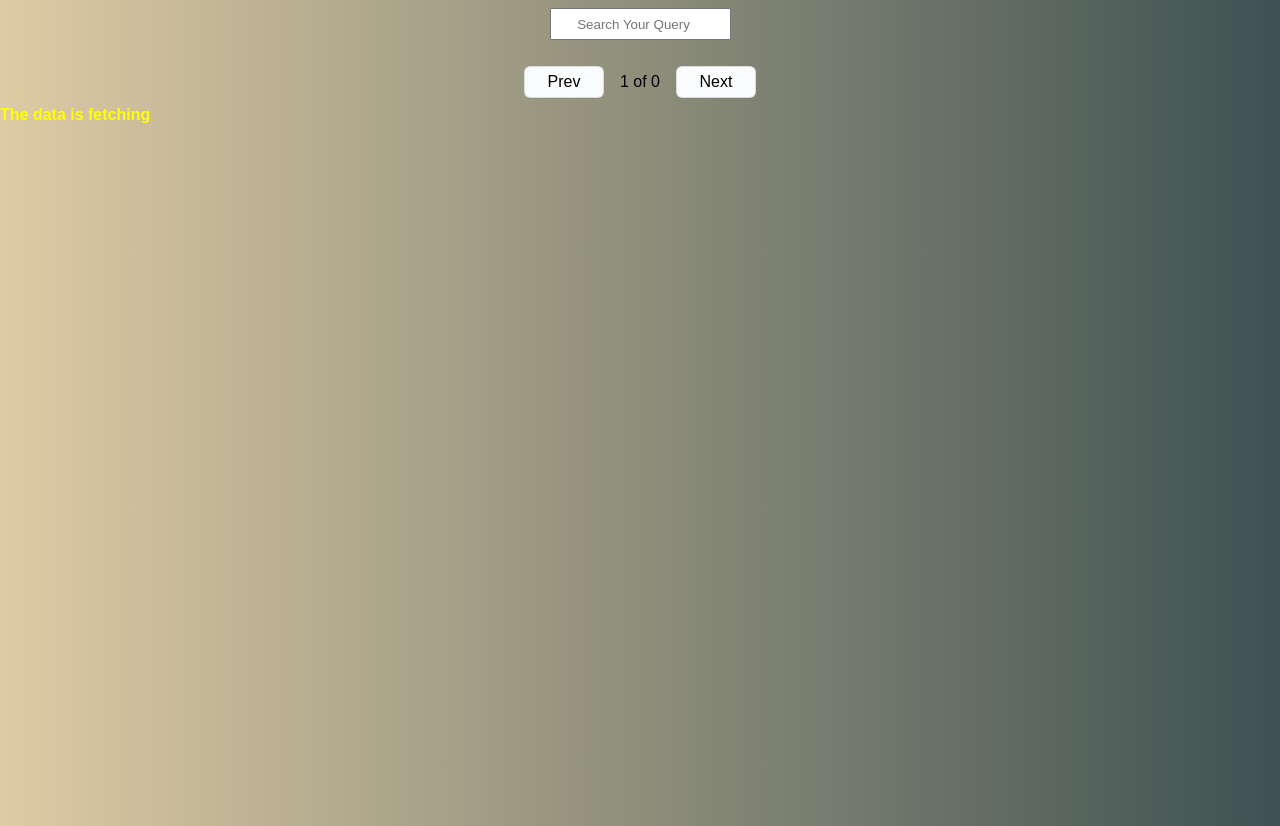
Repository: suraj-yadav7/TechNews
Page: /
The author's editor kept a copy of each file at every save. The page is drawn from the files as they stood at one save, then again after the next save.
The browser window is 1280 px wide. The pictures show the whole page.
The page's requests for data from a server got no answer. The project was rebuilt for these pictures with package versions that can differ from the ones it lists, and the page was loaded fresh each time. No one was signed in, and anything a server would have sent is missing.

Above is the page before, as saved 2023-04-28 10:42:03.

### src/index.js
import React from 'react';
import ReactDOM from 'react-dom/client';
import App from './App';
import { AppProvider } from './context';

const root = ReactDOM.createRoot(document.getElementById('root'));
root.render(
  <React.StrictMode>
    <AppProvider>
    <App />
    </AppProvider>
  </React.StrictMode>
);

### src/App.js
import './App.css';
import Search from './components/Search';
import Stories from './components/Stories';

function App() {
  return (
      <>
      <Search/>
      <Stories />
      </>
  );
}

export default App;

### src/context.jsx
import {useContext, createContext, useEffect, useReducer} from "react"
import {reducer} from './reducer'

const AppContext = createContext();
let api = "https://hn.algolia.com/api/v1/search?";
const initial = {
    hits:[],
    page:0,
    nbPages:0,
    query:"",
    isLoading:true
}

const AppProvider = ({children})=>{

    const [state, dispatch] = useReducer(reducer, initial)

    const fetchApiData = async(url)=>{
        dispatch({
            type:"loadingData",
        })
        try{
            let fetchApi = await fetch(url)
            let data = await fetchApi.json()
            console.log(data)
            dispatch({
                type:"Get_Update",
                payload:{
                    hitNews:data.hits,
                    pg:data.page,
                    nbPg: data.nbPages
                }
            })
        }
        catch(error){
            console.log(error)
        }
        }

        //removing post
        const removePost = (objectID) =>{
                    dispatch({
                        type:"remove_post",
                        payload: objectID
                    })
        }

    //Search Post
    const searchPost = ((searchVal)=>{
        // searchVal.preventDefault()
        dispatch({
        type:"SEARCH_POST",
        payload: searchVal
        })
    })

    //Previous Page
    const prevPage=()=>{
        dispatch({
            type:"PREV_PAGE"
        })
    }
    const nextPage=()=>{
        dispatch({
            type:"NEXT_PAGE"
        })
    }
    useEffect(()=>{
         fetchApiData(`${api}query=${state.query}&&page=${state.page}`)

    },[state.query, state.page])


    return(
        <AppContext.Provider value= {{...state, removePost, searchPost,prevPage,nextPage}} >{children}</AppContext.Provider>
    )
};

//Custom hook to provide appContext and useContext

const useGlobalContext = ()=>{
    return useContext(AppContext)
}
export {AppContext,AppProvider, useGlobalContext}

### src/App.css
*{
  margin: 0;
  padding: 0;
  box-sizing: border-box;
  font-family:  sans-serif;
}

/* Search Div*/
.searchMain{
  display: flex;
  flex-direction: column;
  align-items: center;
  justify-content: center;
  gap:10px;
  background-image: linear-gradient(to right, #DECBA4, #3E5151);

}
.searchInput{
  margin: 0.5rem 0;
  width: 100%;
  height: 2rem;
  text-align: center;
}
.pagination{
  margin: 0.5rem 0;
}
.pagination> button{
  width: 5rem;
  height: 2rem;
  font-size: 1rem;
  margin: 0 1rem;
  background-color: #FAFBFC;
  border: 1px solid rgba(27, 31, 35, 0.15);
  border-radius: 6px;
  box-shadow: rgba(27, 31, 35, 0.04) 0 1px 0;
  cursor: pointer;
}
.pagination>button :hover,
:focus {
  border-color: rgba(0, 0, 0, 0.15);
  box-shadow: rgba(0, 0, 0, 0.1) 0 4px 12px;
  color: rgba(0, 0, 0, 0.65);
}

/* Stories */
.parentStory{
  display: flex;
  align-items: center;
  justify-content: center;
  flex-direction: column;
  gap: 1rem;
  background-image: linear-gradient(to right, #DECBA4, #3E5151);


}

.stories{
  width: 50%;
  height: 12rem;
  display: flex;
  background-image: linear-gradient(to right, #434343 0%, black 100%);
  align-items: center;
  justify-content: center;
  flex-direction: column;
  color: white;
  text-align: center;
}
.stories> h3,p{
  margin: 1rem 0;
  /* padding-bottom: 4rem; */
  padding: 0 2rem;
  margin-bottom: 1.2rem;
}
.storiesButton{
  height: 2rem;
  display: flex;
  align-items: center;
  margin:0.5rem ;
}
.storiesButton >button, a>button{
  margin:0 5rem;
  border: 1px solid blue;
  background-color: aliceblue;
  color: black;
  border-radius: 10px;
  height: 2rem;
  width: 6rem;
  text-align:center;
  font-size: medium;
  cursor: pointer;
}

### src/components/Search.jsx
import React from 'react'
import { useGlobalContext } from '../context'

const Search = () => {
  const { query, searchPost, prevPage, nextPage, nbPages, page } = useGlobalContext()
  return (
    <>
      <div className='searchMain'>
        <div className='formContainer'>
          <form onSubmit={(e) => e.preventDefault()}>
            <input className='searchInput' type="search" placeholder='Search Your Query' value={query} onChange={(e) => searchPost(e.target.value)}></input>
          </form>
        </div>
        <div className='pagination'>
          <button onClick={prevPage} >Prev</button>
          <span>{page + 1} of {nbPages}</span>
          <button onClick={nextPage} >Next</button>
        </div>
      </div>
    </>
  )
}

export default Search

### src/components/Stories.jsx
import React from 'react'
import { useGlobalContext } from '../context'

const Stories = () => {
  const { hits, isLoading, removePost } = useGlobalContext()



  if (isLoading) {
    return (
  <div className="Loading" style={{ color:"yellow", height:"100vh",backgroundImage: "linear-gradient(to right, #DECBA4, #3E5151)"}}>
        <h4>The data is fetching</h4>
      </div>
    )
  }
  return (
    <>
      <div className='parentStory'>
        <h2>Latest Tech News</h2>
        {hits?.map((story) => {
          const { objectID } = story
          return (
            <>
              <div className='stories' key={objectID}>
                <h3>{story.title}</h3>
                <p>by <span>{story.author}</span>  | <span>comment: {story.num_comments} </span></p>
                  <div className="storiesButton">
                  <a href={story.url} target='_blank' rel="noreferrer"><button >Read More</button></a>
                  <button onClick={() => removePost(objectID)} >Remove</button>
                </div>
              </div>
            </>)
        })}
      </div>
    </>
  )
}

export default Stories

### src/reducer.jsx

const reducer = (state,action) =>{
    switch(action.type){
        case"loadingData" : return{
            ...state,
            isLoading: true

        } ;
        case "Get_Update":
            return{
                ...state,
                isLoading:false,
                hits:action.payload.hitNews,
                nbPages:action.payload.nbPg
            }

        case "remove_post":
            return{
                ...state, hits: state.hits.filter((post)=> post.objectID !== action.payload)
            }

        case "SEARCH_POST":
            return{
                    ...state, query: action.payload
            }

        case "PREV_PAGE":
            let pageNum=state.page-1
            if(pageNum<=0){
                pageNum=0
            }
            return{
                 ...state,
                    page:pageNum
                }


        case "NEXT_PAGE":
            let pageNum2= state.page+1
            if(pageNum2>=50){
                pageNum2=0
            }

            return{
                ...state,
                page:pageNum2
            }

    }
    return state
}
export {reducer};

Loaded but not shown: public/index.html (common file)

After the next save:
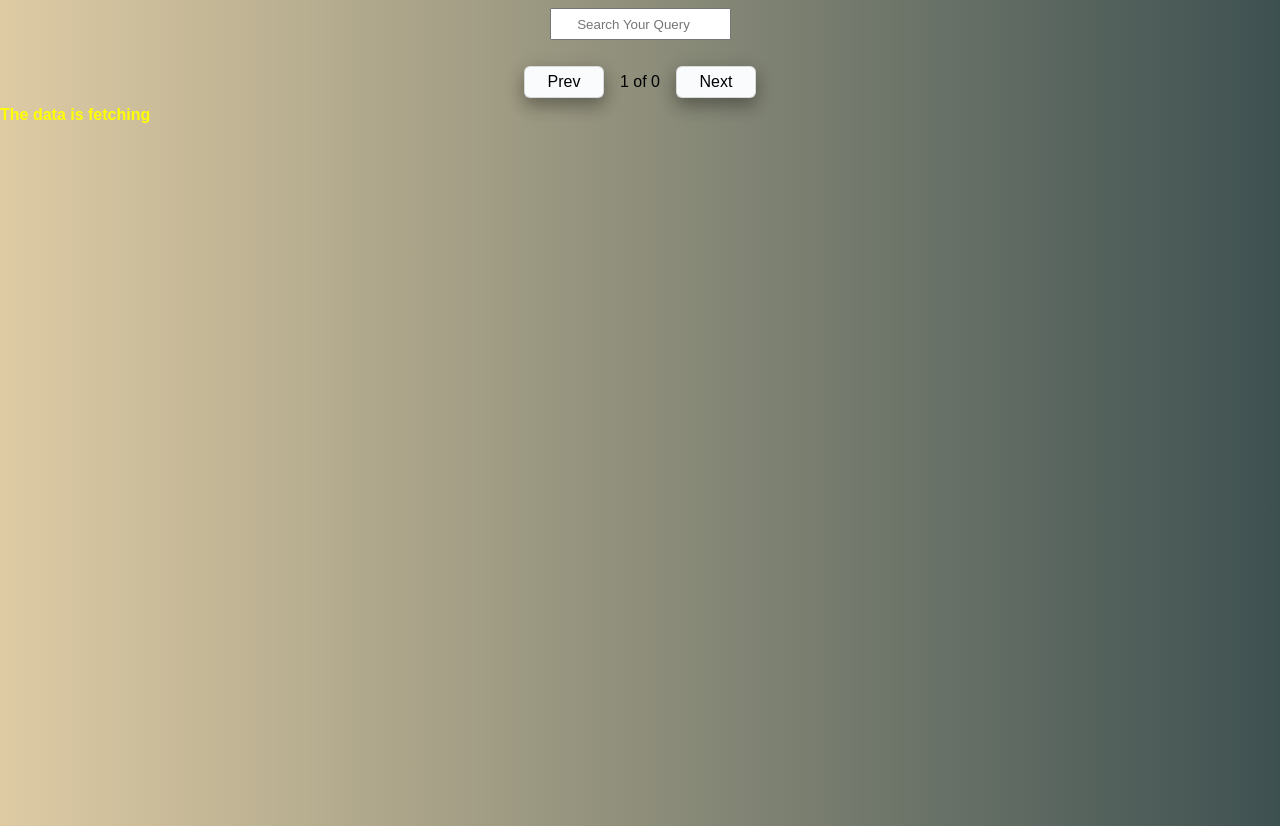
Saved 44 s later.
--- a/src/App.css
+++ b/src/App.css
@@ -32,7 +32,7 @@
   background-color: #FAFBFC;
   border: 1px solid rgba(27, 31, 35, 0.15);
   border-radius: 6px;
-  box-shadow: rgba(27, 31, 35, 0.04) 0 1px 0;
+  box-shadow: 0 8px 16px 0 rgba(0,0,0,0.2), 0 6px 20px 0 rgba(0,0,0,0.19);
   cursor: pointer;
 }
 .pagination>button :hover,
